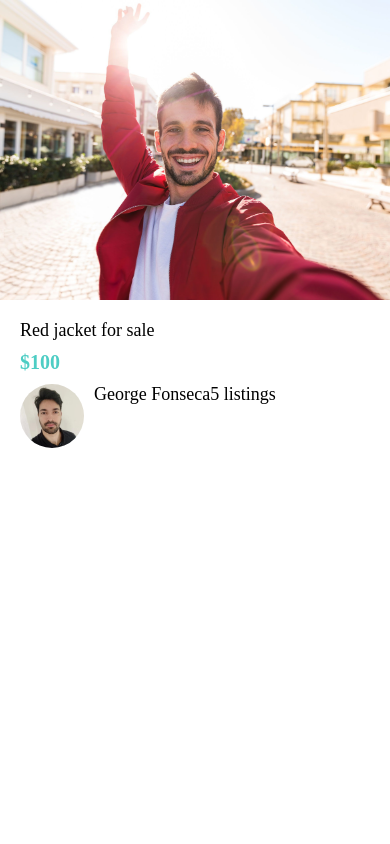
Repository: georgehgfonseca/F05-Trena-Native
Screen: /
These files come from the project's save history. The screen is drawn as it stood at one moment and after the next save; the edit follows.
The app was drawn by React Native's web renderer in a window 390 px wide. The project was rebuilt for these pictures with package versions that can differ from the ones it lists, and the page was loaded fresh each time.

Above is the screen before, as saved 2022-10-13 16:01:12.

### App.tsx
import { View } from "react-native";
import Card from "./app/components/Card";
import { ListingDetailsScreen } from "./app/screens/ListingDetailsScreen";
import WelcomeScreen from "./app/screens/WelcomeScreen";

export default function App() {
  return <ListingDetailsScreen></ListingDetailsScreen>;
}

// <View style={{ backgroundColor: "#f8f4f4", padding: 20, paddingTop: 100 }}>
//   <Card
//     title="Red jacket for sale"
//     subTitle="$100"
//     image={require("./app/assets/jacket.jpg")}
//   ></Card>
// </View>
// import {
//   StyleSheet,
//   Text,
//   View,
//   Image,
//   ImageBackground,
//   SafeAreaView,
//   TouchableHighlight,
//   Button,
//   Alert,
//   Platform,
//   StatusBar,
//   Dimensions,
// } from "react-native";
// import {
//   useDimensions,
//   useDeviceOrientation,
// } from "@react-native-community/hooks";
// import { MaterialCommunityIcons } from "@expo/vector-icons";

// <View style={{ flex: 1, justifyContent: "center", alignItems: "center" }}>
//   </View>
{
  /* <AppButton text="LOGIN" color={colors.primary}></AppButton>
      <AppButton text="REGISTER" color={colors.secondary}></AppButton> */
}
{
  /* <AppText>I love React Native!</AppText> */
}
{
  /* <MaterialCommunityIcons
        size={60}
        color="dodgerblue"
        name="email"
      ></MaterialCommunityIcons> */
}
{
  /* <View
        style={{
          backgroundColor: "dodgerblue",
          width: 100,
          height: 100,
          padding: 20,
          paddingHorizontal: 10,
          paddingLeft: 30,
          // borderWidth: 10,
          // borderRadius: 50,
          // borderColor: "royalblue",
          // elevation: 20,
        }}
      >
        <View style={{ backgroundColor: "gold", width: 50, height: 50 }}></View>
      </View>
      <View
        style={{
          backgroundColor: "tomato",
          width: 100,
          height: 100,
          margin: 20,
        }}
      ></View> */
}

### app/screens/ListingDetailsScreen.tsx
import React from "react";
import { Image, View, StyleSheet } from "react-native";

import AppText from "../components/AppText";
import ListItem from "../components/ListItem";
import colors from "../config/colors";

export function ListingDetailsScreen(props: any) {
  return (
    <View>
      <Image
        style={styles.image}
        source={require("../assets/jacket.jpg")}
      ></Image>
      <View style={styles.detailsContainer}>
        <AppText style={styles.title}>Red jacket for sale</AppText>
        <AppText style={styles.price}>$100</AppText>
        <ListItem
          image={require("../assets/george.jpeg")}
          title="George Fonseca"
          subTitle="5 listings"
        ></ListItem>
      </View>
    </View>
  );
}

const styles = StyleSheet.create({
  detailsContainer: {
    padding: 20,
  },
  image: {
    width: "100%",
    height: 300,
  },
  price: {
    color: colors.secondary,
    fontWeight: "bold",
    fontSize: 20,
    marginVertical: 10,
  },
  title: {
    font: 24,
    fontWeight: "500",
  },
});

### app/components/AppText.tsx
import React from "react";
import { Text, StyleSheet, Platform } from "react-native";

function AppText({ children, style }: any) {
  return <Text style={[styles.text, style]}>{children}</Text>;
}

const styles = StyleSheet.create({
  text: {
    fontSize: 18,
    fontFamily: Platform.OS === "android" ? "Roboto" : "Avenir",
  },
});

export default AppText;

### app/components/ListItem.tsx
import React from "react";
import { View, StyleSheet, Image, ImageSourcePropType } from "react-native";
import AppText from "./AppText";

interface ListItemProps {
  title: string;
  subTitle: string;
  image: ImageSourcePropType;
}
function ListItem({ title, subTitle, image }: ListItemProps) {
  return (
    <View style={styles.container}>
      <Image style={styles.image} source={image}></Image>
      <View>
        <AppText>{title}</AppText>
      </View>
      <View>
        <AppText>{subTitle}</AppText>
      </View>
    </View>
  );
}

const styles = StyleSheet.create({
  container: {
    flexDirection: "row",
  },
  image: {
    width: 64,
    height: 64,
    borderRadius: 32,
    marginRight: 10,
  },
});

export default ListItem;

### app/config/colors.ts
export default {
    primary: "#fc5c65",
    secondary: "#4ecdc4",
    black: "#000",
    white: "#fff"
}

After the next save:
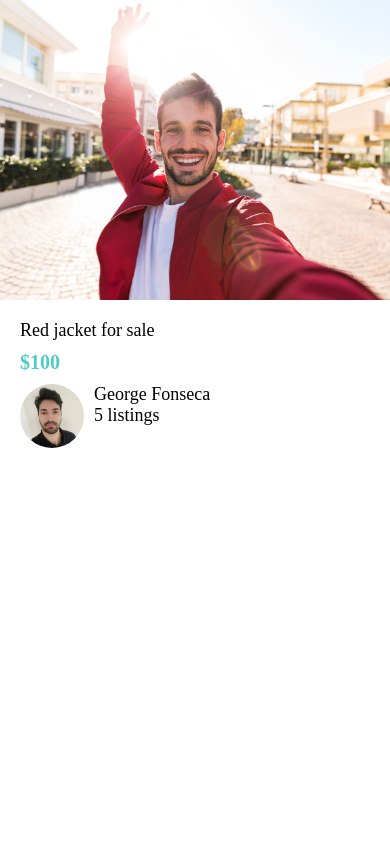
Saved 41 s later.
--- a/app/components/ListItem.tsx
+++ b/app/components/ListItem.tsx
@@ -13,8 +13,6 @@ function ListItem({ title, subTitle, image }: ListItemProps) {
       <Image style={styles.image} source={image}></Image>
       <View>
         <AppText>{title}</AppText>
-      </View>
-      <View>
         <AppText>{subTitle}</AppText>
       </View>
     </View>
